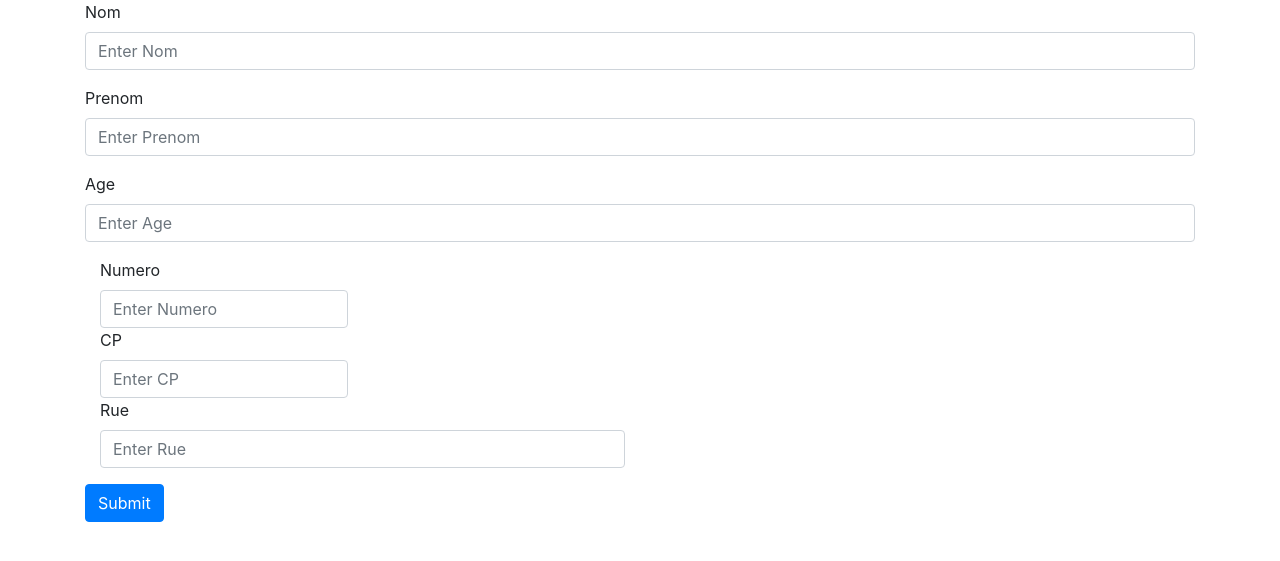
Repository: MacCampers/java-stuff
Page: http://localhost/ProjetResto/
The author's editor kept a copy of each file at every save. The page is drawn from the files as they stood at one save, then again after the next save.
The browser window is 1280 px wide. The pictures show the whole page.
The page is served by Tomcat 9. Nobody is signed in. The application's start-up code is not run. Other server files are loaded and not shown.

Above is the page before, as saved 2020-02-14 14:03:39.

### workspaceJSP/ProjetResto/src/main/webapp/index.jsp
<%@ page language="java" contentType="text/html; charset=ISO-8859-1"
	pageEncoding="ISO-8859-1"%>
<!DOCTYPE html PUBLIC "-//W3C//DTD HTML 4.01 Transitional//EN" "http://www.w3.org/TR/html4/loose.dtd">

<html lang="en">
<head>
<title>JSON Form</title>
<meta charset="utf-8">
<meta name="viewport"
	content="width=device-width, initial-scale=1, shrink-to-fit=no">
<link rel="stylesheet"
	href="https://maxcdn.bootstrapcdn.com/bootstrap/4.0.0/css/bootstrap.min.css"
	integrity="sha384-Gn5384xqQ1aoWXA+058RXPxPg6fy4IWvTNh0E263XmFcJlSAwiGgFAW/dAiS6JXm"
	crossorigin="anonymous">
</head>
<body class="goto-here">
	<div class="container">
		<div class="row">
			<div class="col-12">
				<form>
					<div class="form-group">
						<label for="exampleInputname">Nom</label> <input type="text"
							class="form-control" id="exampleInputname"
							placeholder="Enter Nom">
					</div>
					<div class="form-group">
						<label for="exampleInputPrenom">Prenom</label> <input type="text"
							class="form-control" id="exampleInputPrenom"
							placeholder="Enter Prenom">
					</div>
					<div class="form-group">
						<label for="exampleInputAge">Age</label> <input type="text"
							class="form-control" id="exampleInputAge" placeholder="Enter Age">
					</div>

					<div class="form-group">
						<div class="col-3">
							<label for="exampleInputNumero">Numero</label> <input type="text"
								class="form-control" id="exampleInputNumero"
								placeholder="Enter Numero">
						</div>
						<div class="col-3">
							<label for="exampleInputCP">CP</label> <input type="text"
								class="form-control" id="exampleInputCP" placeholder="Enter CP">
						</div>
						<div class="col-6">
							<label for="exampleInputRue">Rue</label> <input type="text"
								class="form-control" id="exampleInputRue"
								placeholder="Enter Rue">
						</div>

					</div>

					<button type="submit" class="btn btn-primary">Submit</button>
				</form>
			</div>
		</div>
	</div>
</body>
</html>

After the next save:
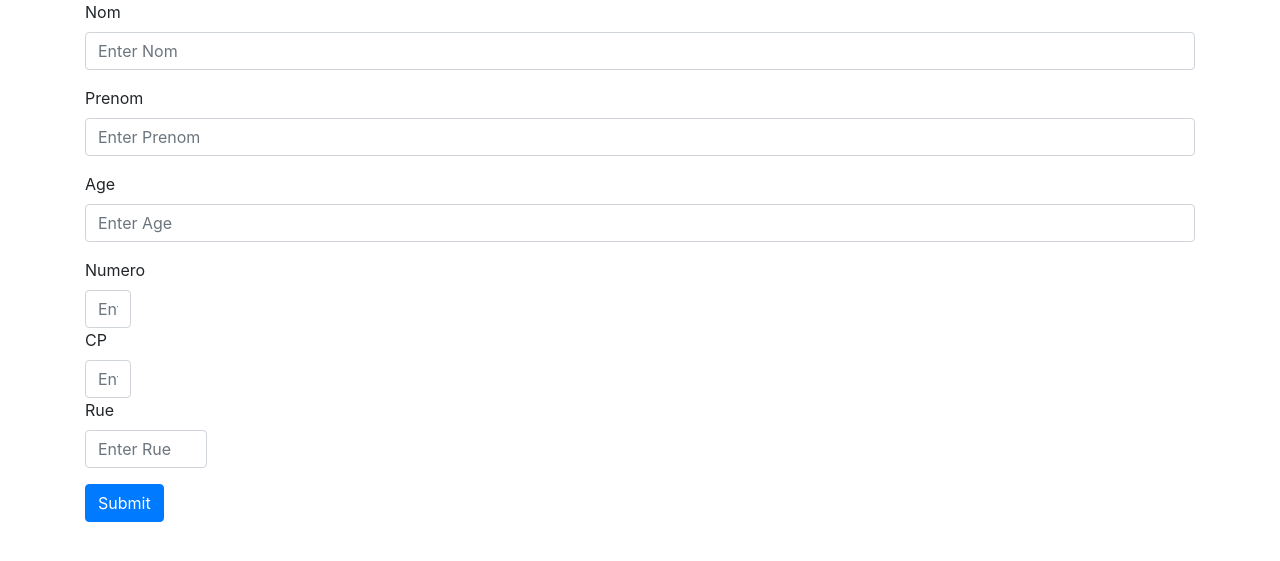
Saved 34 s later.
--- a/workspaceJSP/ProjetResto/src/main/webapp/index.jsp
+++ b/workspaceJSP/ProjetResto/src/main/webapp/index.jsp
@@ -33,22 +33,24 @@
 							class="form-control" id="exampleInputAge" placeholder="Enter Age">
 					</div>
 
-					<div class="form-group">
-						<div class="col-3">
-							<label for="exampleInputNumero">Numero</label> <input type="text"
-								class="form-control" id="exampleInputNumero"
-								placeholder="Enter Numero">
+					<div class="row">
+						<div class="form-group">
+							<div class="col-3">
+								<label for="exampleInputNumero">Numero</label> <input
+									type="text" class="form-control" id="exampleInputNumero"
+									placeholder="Enter Numero">
+							</div>
+							<div class="col-3">
+								<label for="exampleInputCP">CP</label> <input type="text"
+									class="form-control" id="exampleInputCP" placeholder="Enter CP">
+							</div>
+							<div class="col-6">
+								<label for="exampleInputRue">Rue</label> <input type="text"
+									class="form-control" id="exampleInputRue"
+									placeholder="Enter Rue">
+							</div>
+
 						</div>
-						<div class="col-3">
-							<label for="exampleInputCP">CP</label> <input type="text"
-								class="form-control" id="exampleInputCP" placeholder="Enter CP">
-						</div>
-						<div class="col-6">
-							<label for="exampleInputRue">Rue</label> <input type="text"
-								class="form-control" id="exampleInputRue"
-								placeholder="Enter Rue">
-						</div>
-
 					</div>
 
 					<button type="submit" class="btn btn-primary">Submit</button>
